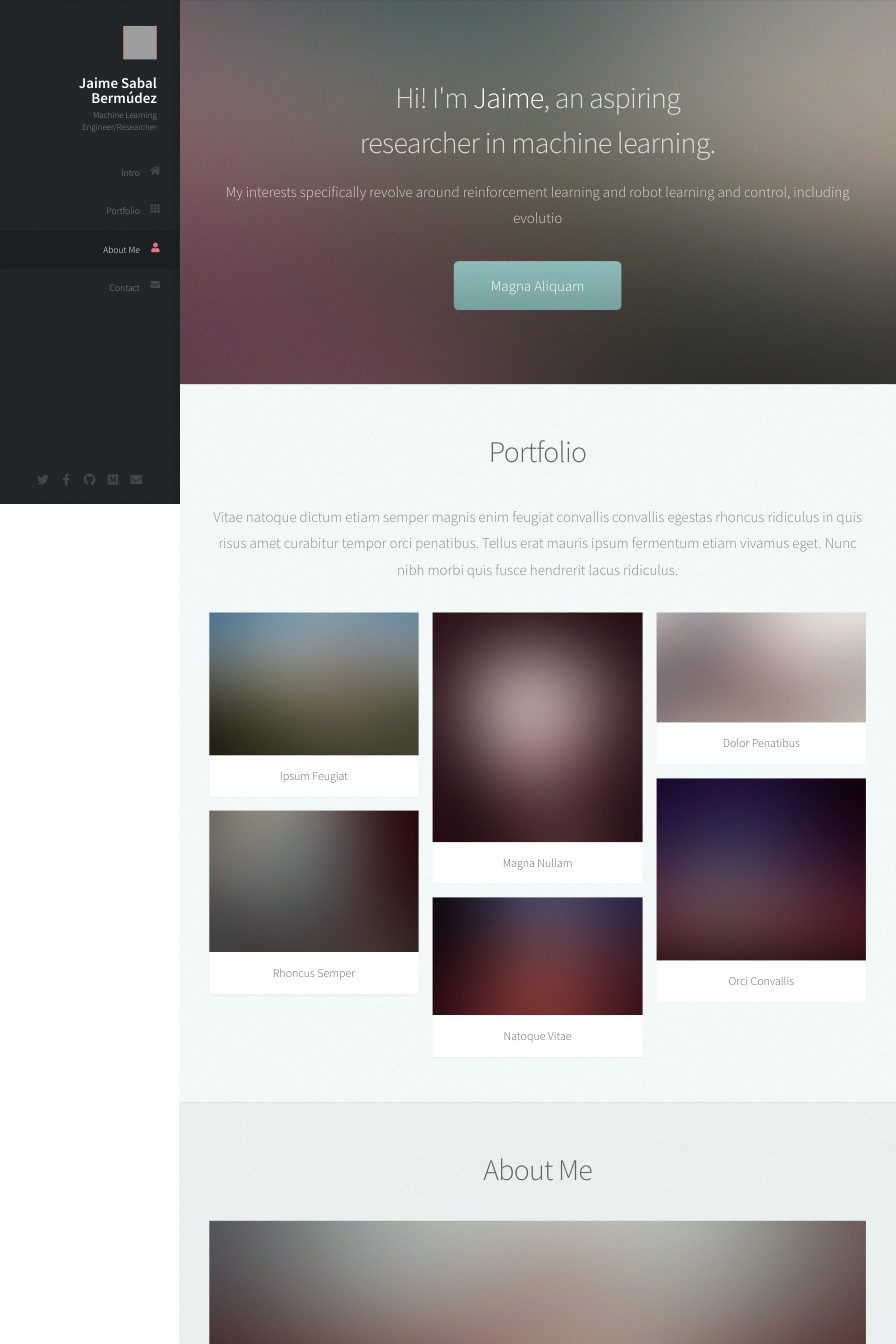
Repository: jaimesabalimperial/jaimesabalimperial.github.io
Page: index.html
The author's editor kept a copy of each file at every save. The page is drawn from the files as they stood at one save, then again after the next save.
The browser window is 1280 px wide. The pictures show the part of the page from y = 0 to 1920 px (the page is 3341 px tall), at 70% of full size.
Pictures or frames that could not be fetched are drawn as grey boxes.

Above is the page before, as saved 2022-10-04 11:33:46.

### index.html
<!DOCTYPE HTML>
<!--
	Prologue by HTML5 UP
	html5up.net | @ajlkn
	Free for personal and commercial use under the CCA 3.0 license (html5up.net/license)
-->
<html>
	<head>
		<title>Prologue by HTML5 UP</title>
		<meta charset="utf-8" />
		<meta name="viewport" content="width=device-width, initial-scale=1, user-scalable=no" />
		<link rel="stylesheet" href="assets/css/main.css" />
	</head>
	<body class="is-preload">

		<!-- Header -->
			<div id="header">

				<div class="top">

					<!-- Logo -->
						<div id="logo">
							<span class="image avatar48"><img src="images/profile2.jpeg" alt="" /></span>
							<h1 id="title">Jaime Sabal Bermúdez</h1>
							<p>Machine Learning Engineer/Researcher</p>
						</div>

					<!-- Nav -->
						<nav id="nav">
							<ul>
								<li><a href="#top" id="top-link"><span class="icon solid fa-home">Intro</span></a></li>
								<li><a href="#portfolio" id="portfolio-link"><span class="icon solid fa-th">Portfolio</span></a></li>
								<li><a href="#about" id="about-link"><span class="icon solid fa-user">About Me</span></a></li>
								<li><a href="#contact" id="contact-link"><span class="icon solid fa-envelope">Contact</span></a></li>
							</ul>
						</nav>

				</div>

				<div class="bottom">

					<!-- Social Icons -->
						<ul class="icons">
							<li><a href="#" class="icon brands fa-twitter"><span class="label">Twitter</span></a></li>
							<li><a href="#" class="icon brands fa-facebook-f"><span class="label">Facebook</span></a></li>
							<li><a href="https://github.com/jaimesabalimperial" class="icon brands fa-github"><span class="label">Github</span></a></li>
							<li><a href="https://medium.com/@jsabalb" class="icon brands fa-medium"><span class="label">Medium</span></a></li>
							<li><a href="mailto: jsabalb@gmail.com" class="icon solid fa-envelope"><span class="label">Email</span></a></li>
						</ul>

				</div>

			</div>

		<!-- Main -->
			<div id="main">

				<!-- Intro -->
					<section id="top" class="one dark cover">
						<div class="container">

							<header>
								<h2 class="alt">Hi! I'm <strong>Jaime</strong>, an aspiring <br />
								researcher in machine learning</a>.</h2>
								<p>My interests specifically revolve around reinforcement learning and robot learning and control, including evolutio</p>
							</header>

							<footer>
								<a href="#portfolio" class="button scrolly">Magna Aliquam</a>
							</footer>

						</div>
					</section>

				<!-- Portfolio -->
					<section id="portfolio" class="two">
						<div class="container">

							<header>
								<h2>Portfolio</h2>
							</header>

							<p>Vitae natoque dictum etiam semper magnis enim feugiat convallis convallis
							egestas rhoncus ridiculus in quis risus amet curabitur tempor orci penatibus.
							Tellus erat mauris ipsum fermentum etiam vivamus eget. Nunc nibh morbi quis
							fusce hendrerit lacus ridiculus.</p>

							<div class="row">
								<div class="col-4 col-12-mobile">
									<article class="item">
										<a href="#" class="image fit"><img src="images/pic02.jpg" alt="" /></a>
										<header>
											<h3>Ipsum Feugiat</h3>
										</header>
									</article>
									<article class="item">
										<a href="#" class="image fit"><img src="images/pic03.jpg" alt="" /></a>
										<header>
											<h3>Rhoncus Semper</h3>
										</header>
									</article>
								</div>
								<div class="col-4 col-12-mobile">
									<article class="item">
										<a href="#" class="image fit"><img src="images/pic04.jpg" alt="" /></a>
										<header>
											<h3>Magna Nullam</h3>
										</header>
									</article>
									<article class="item">
										<a href="#" class="image fit"><img src="images/pic05.jpg" alt="" /></a>
										<header>
											<h3>Natoque Vitae</h3>
										</header>
									</article>
								</div>
								<div class="col-4 col-12-mobile">
									<article class="item">
										<a href="#" class="image fit"><img src="images/pic06.jpg" alt="" /></a>
										<header>
											<h3>Dolor Penatibus</h3>
										</header>
									</article>
									<article class="item">
										<a href="#" class="image fit"><img src="images/pic07.jpg" alt="" /></a>
										<header>
											<h3>Orci Convallis</h3>
										</header>
									</article>
								</div>
							</div>

						</div>
					</section>

				<!-- About Me -->
					<section id="about" class="three">
						<div class="container">

							<header>
								<h2>About Me</h2>
							</header>

							<a href="#" class="image featured"><img src="images/pic08.jpg" alt="" /></a>

							<p>Tincidunt eu elit diam magnis pretium accumsan etiam id urna. Ridiculus
							ultricies curae quis et rhoncus velit. Lobortis elementum aliquet nec vitae
							laoreet eget cubilia quam non etiam odio tincidunt montes. Elementum sem
							parturient nulla quam placerat viverra mauris non cum elit tempus ullamcorper
							dolor. Libero rutrum ut lacinia donec curae mus vel quisque sociis nec
							ornare iaculis.</p>

						</div>
					</section>

				<!-- Contact -->
					<section id="contact" class="four">
						<div class="container">

							<header>
								<h2>Contact</h2>
							</header>

							<p>Elementum sem parturient nulla quam placerat viverra
							mauris non cum elit tempus ullamcorper dolor. Libero rutrum ut lacinia
							donec curae mus. Eleifend id porttitor ac ultricies lobortis sem nunc
							orci ridiculus faucibus a consectetur. Porttitor curae mauris urna mi dolor.</p>

							<form method="post" action="#">
								<div class="row">
									<div class="col-6 col-12-mobile"><input type="text" name="name" placeholder="Name" /></div>
									<div class="col-6 col-12-mobile"><input type="text" name="email" placeholder="Email" /></div>
									<div class="col-12">
										<textarea name="message" placeholder="Message"></textarea>
									</div>
									<div class="col-12">
										<input type="submit" value="Send Message" />
									</div>
								</div>
							</form>

						</div>
					</section>

			</div>

		<!-- Footer -->
			<div id="footer">

				<!-- Copyright -->
					<ul class="copyright">
						<li>&copy; Untitled. All rights reserved.</li><li>Design: <a href="http://html5up.net">HTML5 UP</a></li>
					</ul>

			</div>

		<!-- Scripts -->
			<script src="assets/js/jquery.min.js"></script>
			<script src="assets/js/jquery.scrolly.min.js"></script>
			<script src="assets/js/jquery.scrollex.min.js"></script>
			<script src="assets/js/browser.min.js"></script>
			<script src="assets/js/breakpoints.min.js"></script>
			<script src="assets/js/util.js"></script>
			<script src="assets/js/main.js"></script>

	</body>
</html>

Loaded but not shown: assets/css/fontawesome-all.min.css (library); assets/js/jquery.min.js (library); assets/js/jquery.scrolly.min.js (common file); assets/js/jquery.scrollex.min.js (common file); assets/js/browser.min.js (common file); assets/js/breakpoints.min.js (common file); assets/js/util.js (587 lines, source omitted); assets/js/main.js (123 lines, source omitted); assets/css/main.css (2633 lines, source omitted)

After the next save:
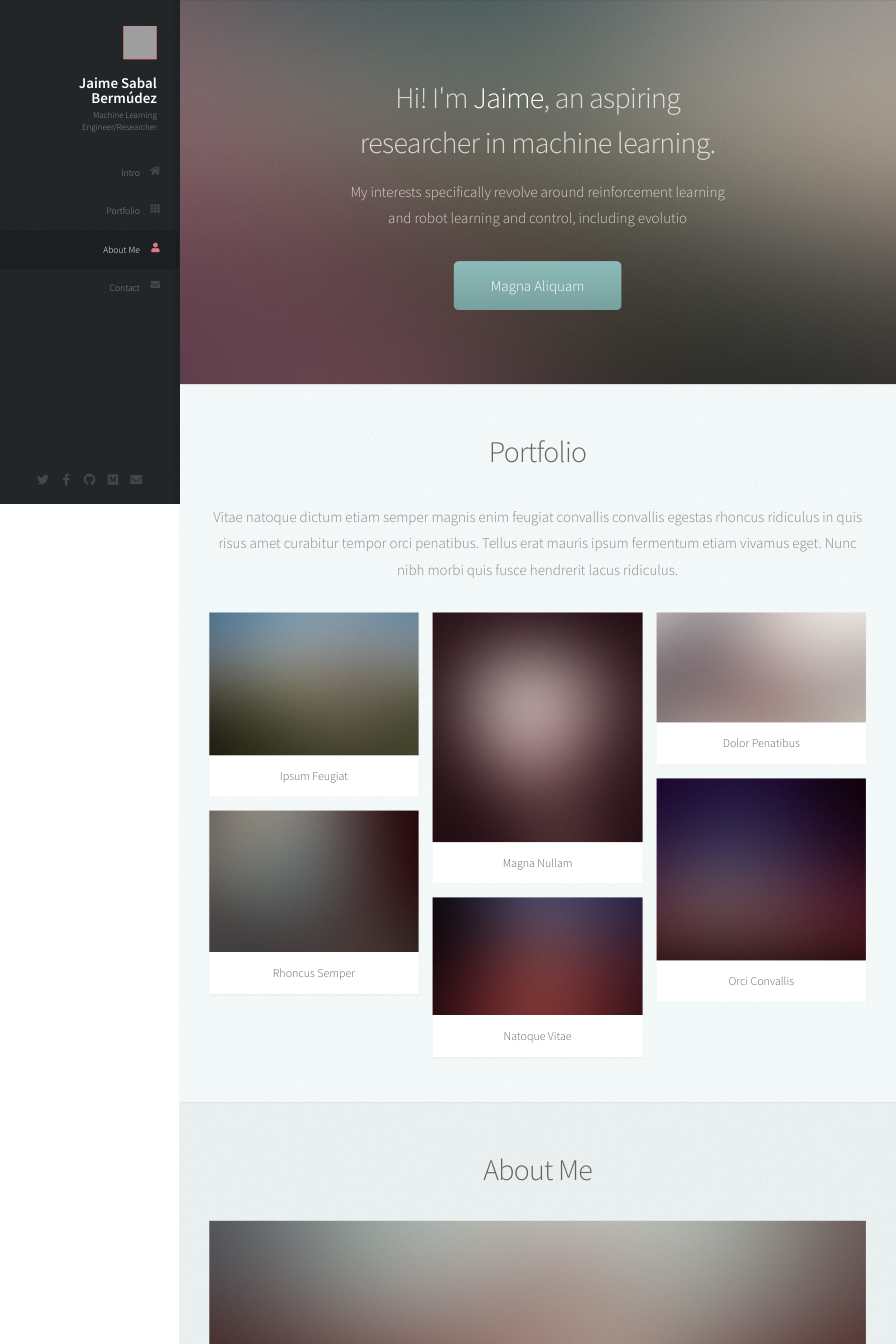
Saved 9 s later.
--- a/index.html
+++ b/index.html
@@ -62,7 +62,8 @@
 							<header>
 								<h2 class="alt">Hi! I'm <strong>Jaime</strong>, an aspiring <br />
 								researcher in machine learning</a>.</h2>
-								<p>My interests specifically revolve around reinforcement learning and robot learning and control, including evolutio</p>
+								<p>My interests specifically revolve around reinforcement learning <br />
+								and robot learning and control, including evolutio</p>
 							</header>
 
 							<footer>
